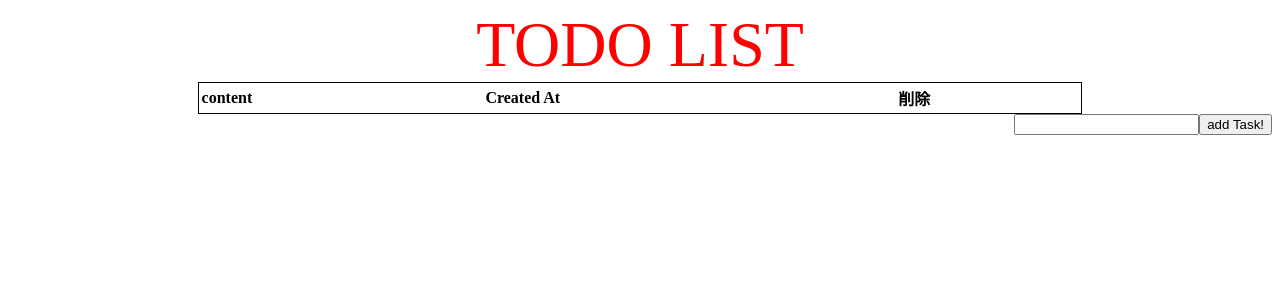
Repository: WistreHosshii/hacathon_todolList
Page: /
These files come from the project's save history. The page is drawn as it stood at one moment and after the next save; the edit follows.
The browser window is 1280 px wide. The pictures show the whole page.
The page's requests for data from a server got no answer. The project was rebuilt for these pictures with package versions that can differ from the ones it lists, and the page was loaded fresh each time. No one was signed in, and anything a server would have sent is missing.

Above is the page before, as saved 2019-06-11 00:24:19.

After the next save:
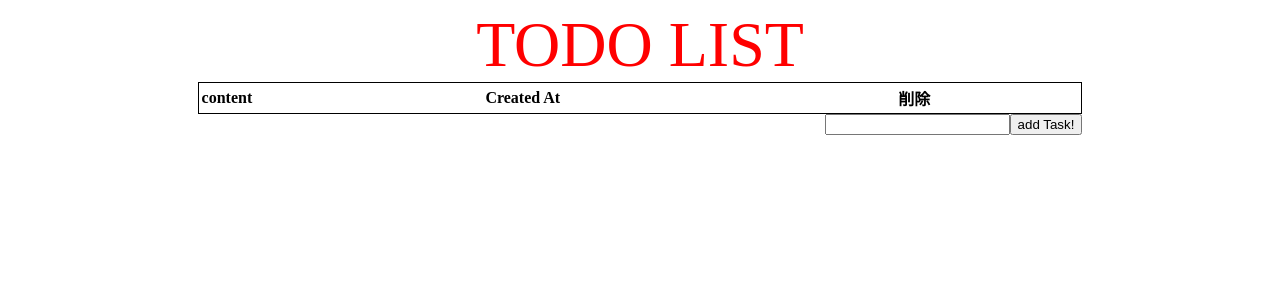
Saved 29 s later.
--- a/App.tsx
+++ b/App.tsx
@@ -14,7 +14,7 @@ const Body = styled.div`
 const JobTable = styled.table`
   text-align: left;
   margin: 0 auto;
-  width: 70%;
+  width: 100%;
   border: solid 1px black;
 `;
 const Button = styled.div`
@@ -22,6 +22,7 @@ const Button = styled.div`
 `;
 const TableWrapper = styled.div`
   margin: 0 auto;
+  width: 70%;
 `;
 interface Props {}
 interface State {
